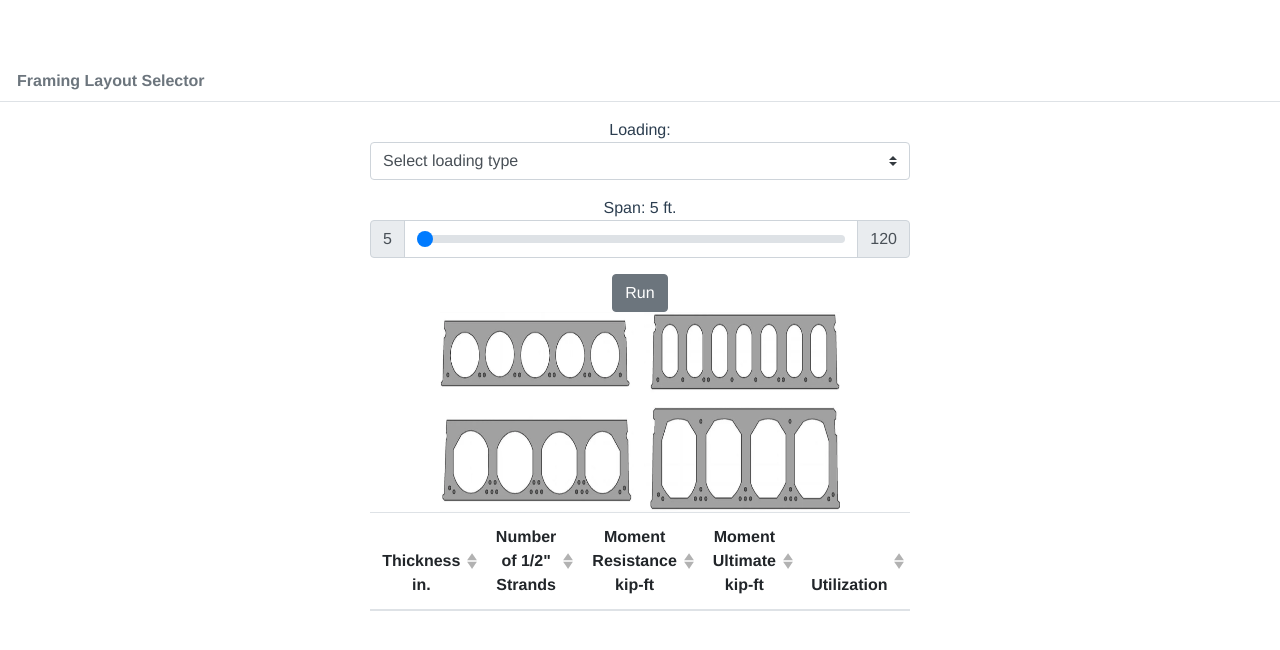
Repository: kanwarjohal/framingconceptclient
Page: /
An editor plug-in stored every save of this project. The page is shown before and after the next save, followed by the edit.
The browser window is 1280 px wide. The pictures show the whole page.
The page's requests for data from a server got no answer. The project was rebuilt for these pictures with package versions that can differ from the ones it lists, and the page was loaded fresh each time. No one was signed in, and anything a server would have sent is missing.

Above is the page before, as saved 2020-04-10 18:35:16.

After the next save:
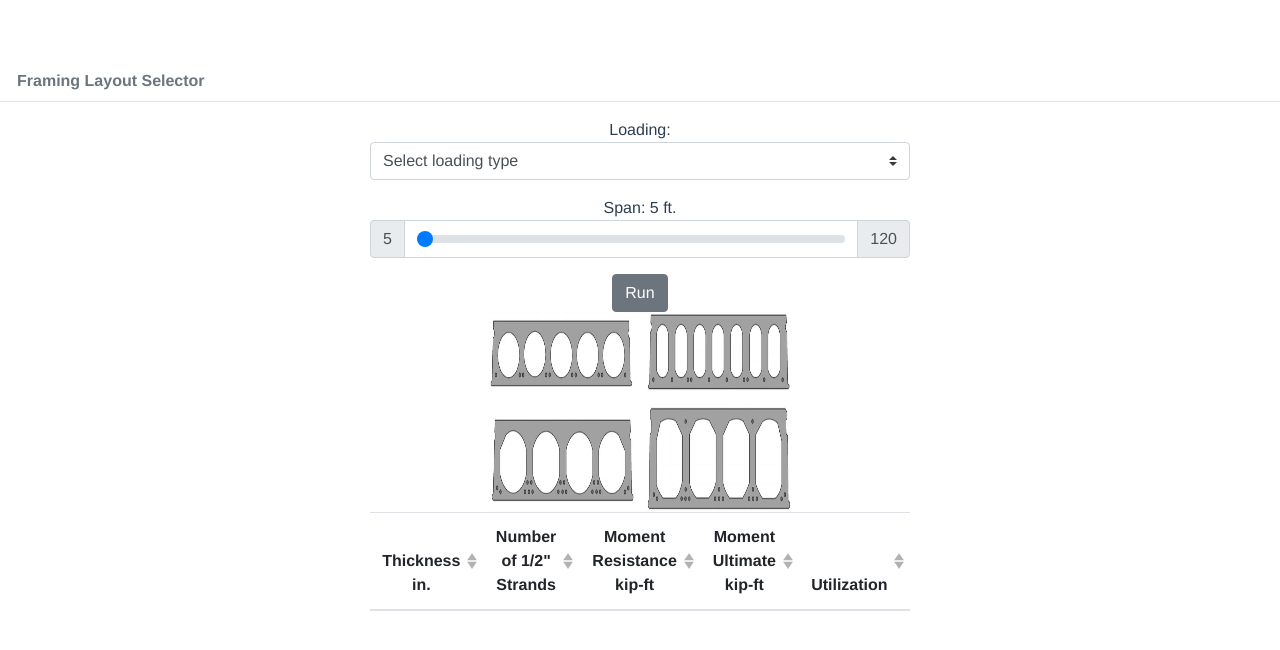
Saved 9 s later.
--- a/src/components/LoadingType.vue
+++ b/src/components/LoadingType.vue
@@ -29,7 +29,7 @@
         <b-button v-on:click="postPost">Run</b-button>
     </div>
     <div>
-        <b-img center src="hollowcoresections.png" alt="Center image" width="400" height="200"></b-img>
+        <b-img center src="hollowcoresections.png" alt="Center image" width="300" height="200"></b-img>
     </div>
     <div>
     <b-table striped hover :items="hollowcoreitems" :fields="fields"></b-table>
